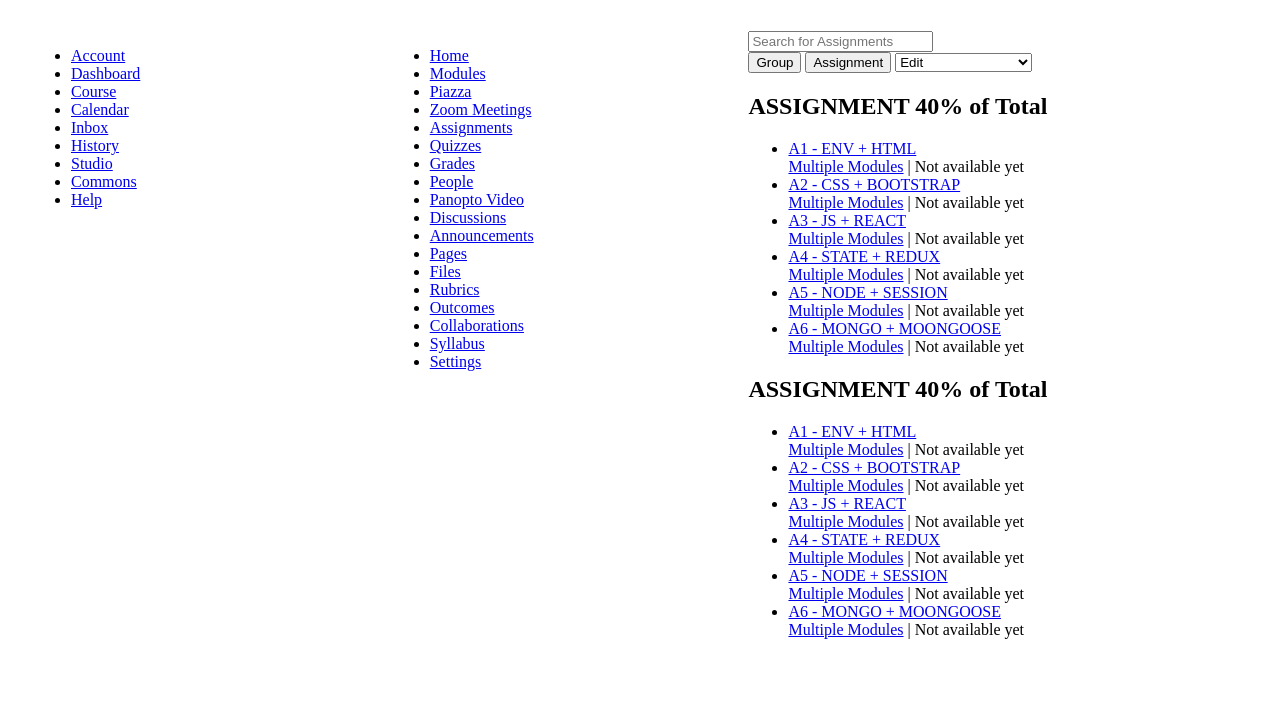
Repository: yuqiant/kanbas-react-web-app
Page: public/kanbas/assignment.html
The author's editor kept a copy of each file at every save. The page is drawn from the files as they stood at one save, then again after the next save.
The browser window is 1280 px wide. The pictures show the whole page.

Above is the page before, as saved 2023-09-12 23:40:57.

After the next save:
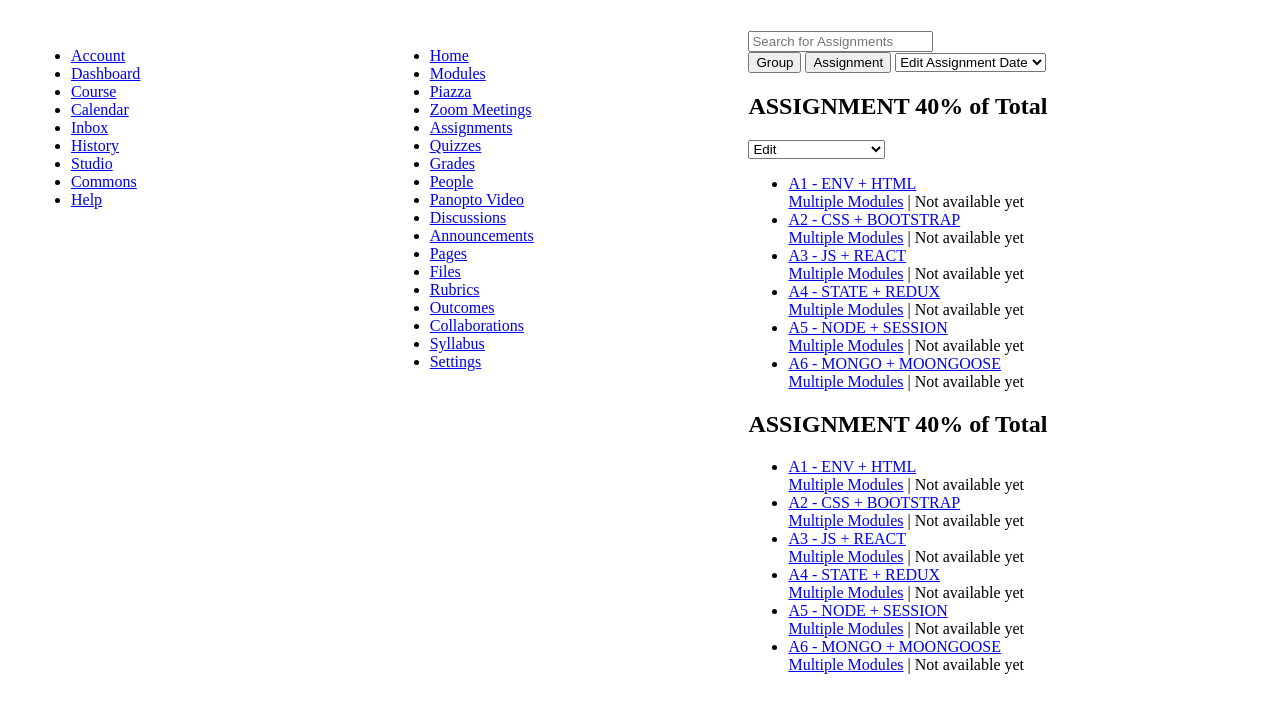
Saved 43 s later.
--- a/public/kanbas/assignment.html
+++ b/public/kanbas/assignment.html
@@ -65,6 +65,10 @@
                 <button type="button">Group</button>
                 <button type="button">Assignment</button>
                 <select id="select-one">
+                    <option value="ALL">Edit Assignment Date</option>
+                </select>
+                <h2>ASSIGNMENT 40% of Total</h2>
+                <select id="select-one">
                     <option value="ALL">Edit</option>
                     <option value="ALL">Speed Grader</option>
                     <option value="ALL">Duplicate</option>
@@ -74,7 +78,6 @@
                     <option value="ALL">Copy To...</option>
                     <option value="ALL">Share to Commons</option>
                 </select>
-                <h2>ASSIGNMENT 40% of Total</h2>
 
                 <ul>
                     <li><a href="#">A1 - ENV + HTML</a></li>

After the save that followed:
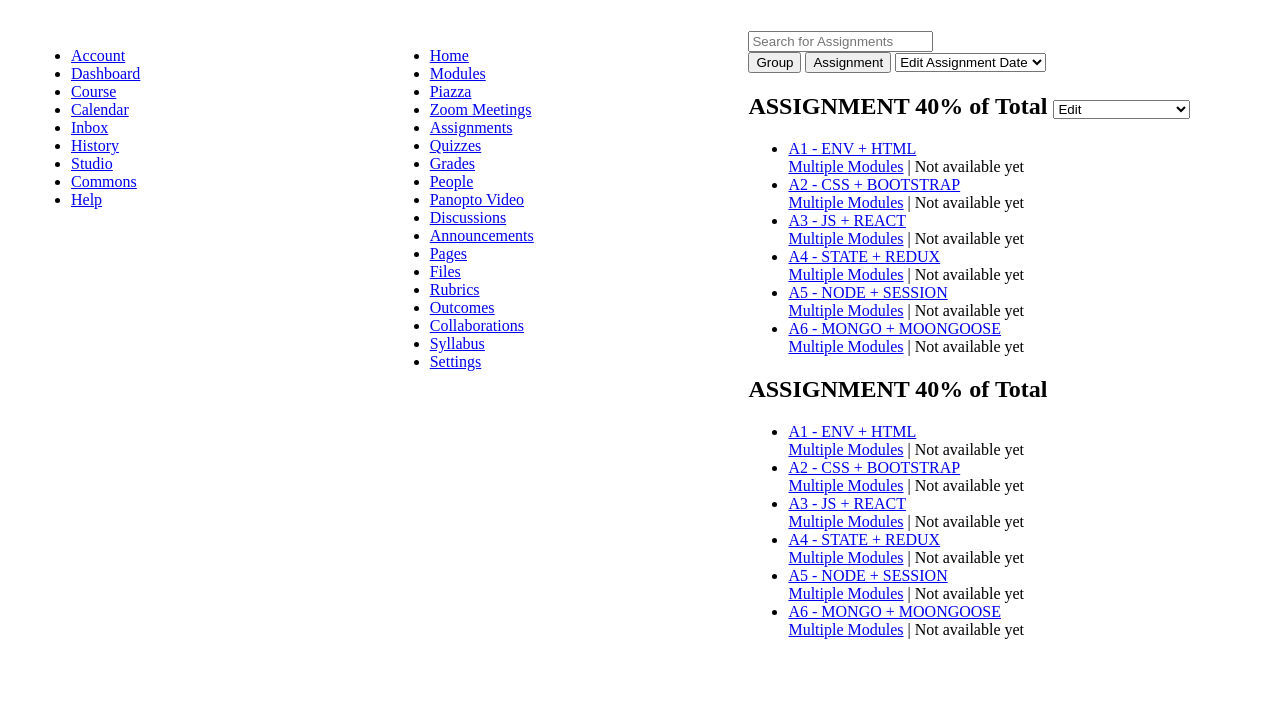
Saved 24 s later.
--- a/public/kanbas/assignment.html
+++ b/public/kanbas/assignment.html
@@ -67,17 +67,18 @@
                 <select id="select-one">
                     <option value="ALL">Edit Assignment Date</option>
                 </select>
-                <h2>ASSIGNMENT 40% of Total</h2>
-                <select id="select-one">
-                    <option value="ALL">Edit</option>
-                    <option value="ALL">Speed Grader</option>
-                    <option value="ALL">Duplicate</option>
-                    <option value="ALL">Delete</option>
-                    <option value="ALL">Move To...</option>
-                    <option value="ALL">Send To...</option>
-                    <option value="ALL">Copy To...</option>
-                    <option value="ALL">Share to Commons</option>
-                </select>
+                <h2>ASSIGNMENT 40% of Total
+                    <select id="select-one">
+                        <option value="ALL">Edit</option>
+                        <option value="ALL">Speed Grader</option>
+                        <option value="ALL">Duplicate</option>
+                        <option value="ALL">Delete</option>
+                        <option value="ALL">Move To...</option>
+                        <option value="ALL">Send To...</option>
+                        <option value="ALL">Copy To...</option>
+                        <option value="ALL">Share to Commons</option>
+                    </select>
+                </h2>
 
                 <ul>
                     <li><a href="#">A1 - ENV + HTML</a></li>
